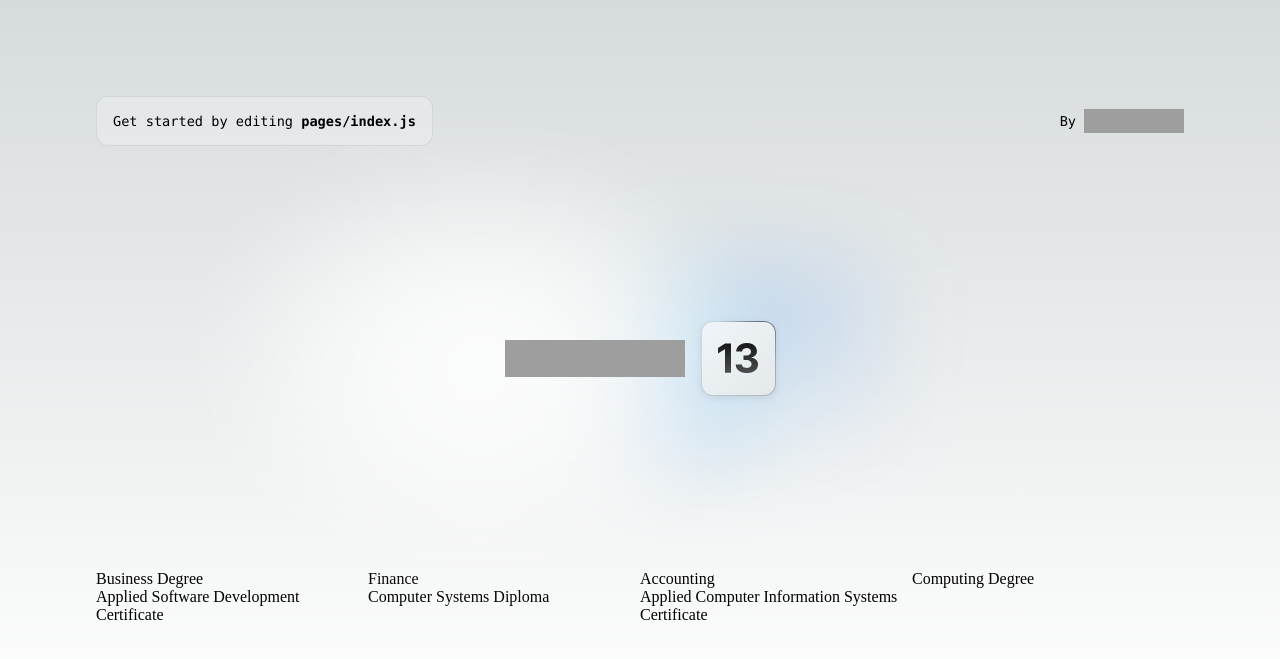
Repository: karthur1/class-example-3
Page: /
An editor plug-in stored every save of this project. The page is shown before and after the next save, followed by the edit.
The browser window is 1280 px wide. The pictures show the whole page.
Pictures or frames that could not be fetched are drawn as grey boxes. The project was rebuilt for these pictures with package versions that can differ from the ones it lists, and the page was loaded fresh each time. The framework's server and built-in components were replaced by stand-ins that run in the browser. Also part of the build but not shown: next.config.js.

Above is the page before, as saved 2023-01-16 10:48:00.

### pages/index.js
import Head from 'next/head'
import Image from 'next/image'
import { Inter } from '@next/font/google'
import styles from '@/styles/Home.module.css'
import data from '../data/education.json'
import {useState} from 'react'

const inter = Inter({ subsets: ['latin'] })

export default function Home() {

  console.log(data)
  const [information, setInformation] = useState([...data])


  return (
    <>
      <Head>
        <title>Create Next App</title>
        <meta name="description" content="Generated by create next app" />
        <meta name="viewport" content="width=device-width, initial-scale=1" />
        <link rel="icon" href="/favicon.ico" />
      </Head>
      <main className={styles.main}>
        <div className={styles.description}>
          <p>
            Get started by editing&nbsp;
            <code className={styles.code}>pages/index.js</code>
          </p>
          <div>
            <a
              href="https://vercel.com?utm_source=create-next-app&utm_medium=default-template&utm_campaign=create-next-app"
              target="_blank"
              rel="noopener noreferrer"
            >
              By{' '}
              <Image
                src="/vercel.svg"
                alt="Vercel Logo"
                className={styles.vercelLogo}
                width={100}
                height={24}
                priority
              />
            </a>
          </div>
        </div>

        <div className={styles.center}>
          <Image
            className={styles.logo}
            src="/next.svg"
            alt="Next.js Logo"
            width={180}
            height={37}
            priority
          />
          <div className={styles.thirteen}>
            <Image
              src="/thirteen.svg"
              alt="13"
              width={40}
              height={31}
              priority
            />
          </div>
        </div>

        <div className={styles.grid}>
          <div>Business Degree</div>
          {information && information.map((info, index) => {
            if(info.department === "Business") {

             return(
            <div key={index}>{info.degree}</div>
            )
          }
        })}
                  <div>Computing Degree</div>
          {information && information.map((info, index) => {
            if(info.department === "Computing") {

             return(
            <div key={index}>{info.degree}</div>
            )
          }
        })}
        </div>
      </main>
    </>
  )
}

### data/education.json
[
        {
            "studentNumber": "A0004567",
            "firstName": "Person 1",
            "gpa": 3.8,
            "department": "Business",
            "degree": "Finance",
            "graduted": 2014
        },
        {
            "studentNumber": "A0001234",
            "firstName": "Person 2",
            "gpa": 3.5,
            "department": "Business",
            "degree": "Accounting",
            "graduted": 2010
        },
        {
            "studentNumber": "A0007890",
            "firstName": "Person 3",
            "gpa": 3.2,
            "department": "Computing",
            "degree": "Applied Software Development Certificate",
            "graduted": 2018
        },
        {
            "studentNumber": "A0007828",
            "firstName": "Person 4",
            "gpa": 3.9,
            "department": "Computing",
            "degree": "Computer Systems Diploma",
            "graduted": 2021
        },
        {
            "studentNumber": "A0003425",
            "firstName": "Person 5",
            "gpa": 3.2,
            "department": "Computing",
            "degree": "Applied Computer Information Systems Certificate",
            "graduted": 2021
        }
]

Loaded but not shown: pages/_app.js (common file); pages/_document.js (common file); styles/globals.css (common file); styles/Home.module.css (common file)

After the next save:
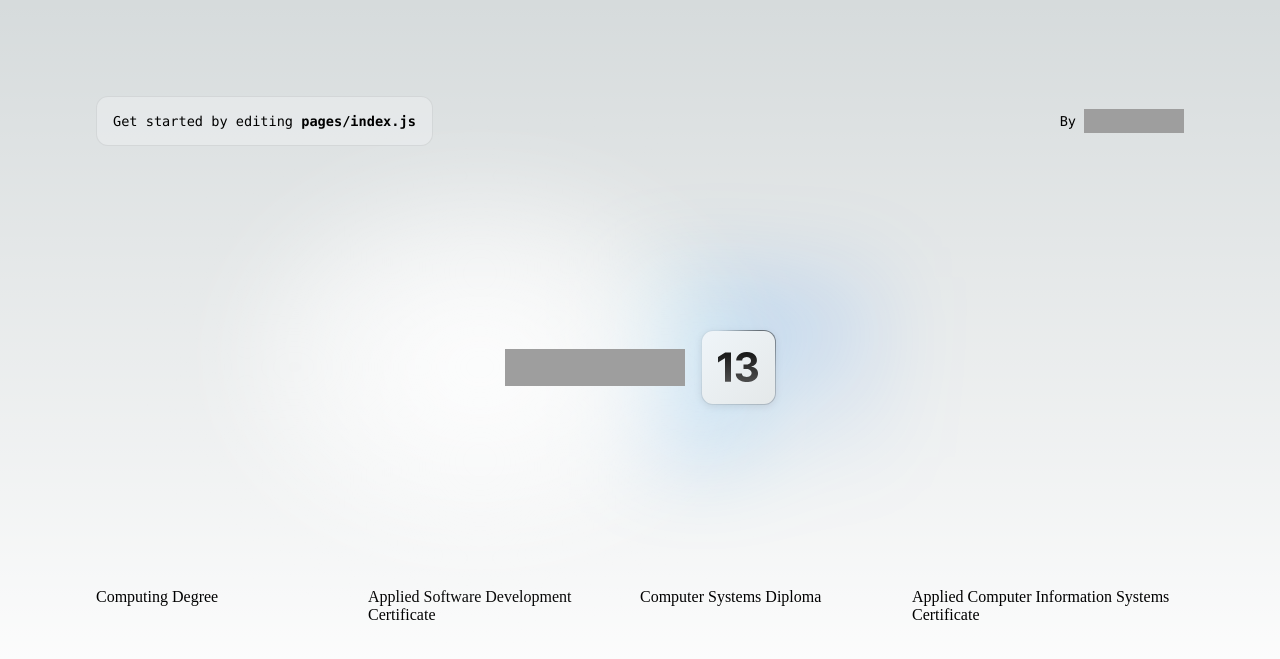
Saved 26 s later.
--- a/pages/index.js
+++ b/pages/index.js
@@ -67,15 +67,7 @@
         </div>
 
         <div className={styles.grid}>
-          <div>Business Degree</div>
-          {information && information.map((info, index) => {
-            if(info.department === "Business") {
 
-             return(
-            <div key={index}>{info.degree}</div>
-            )
-          }
-        })}
                   <div>Computing Degree</div>
           {information && information.map((info, index) => {
             if(info.department === "Computing") {

After the save that followed:
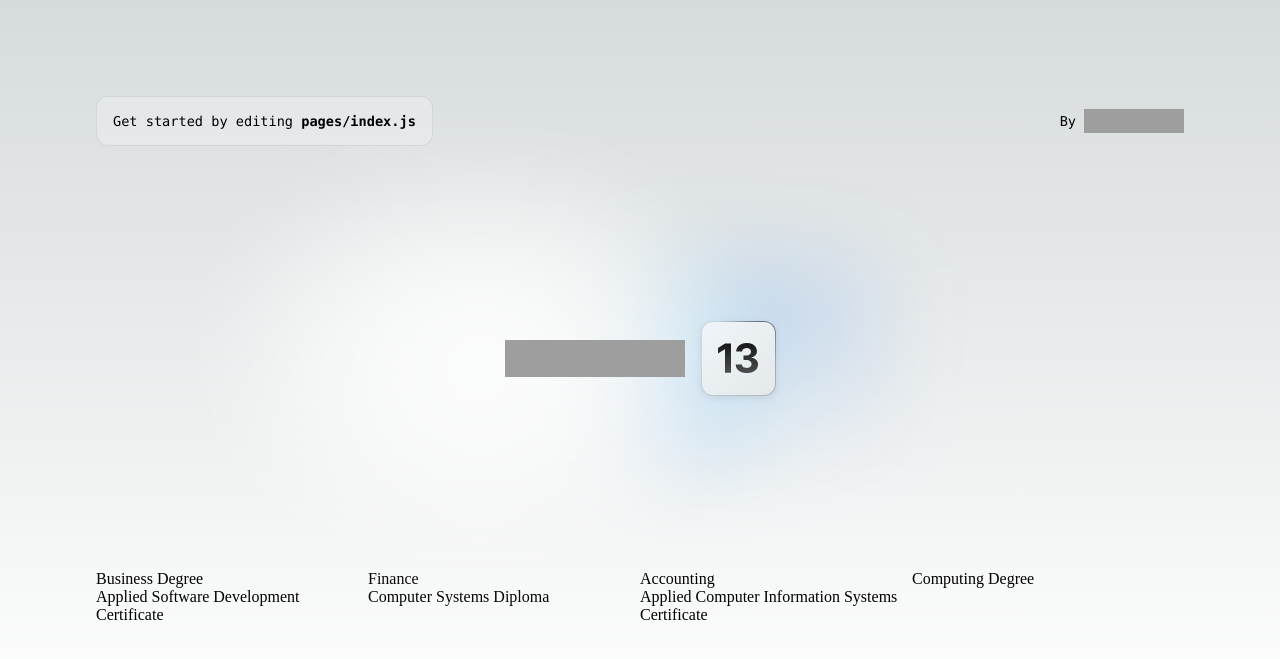
Saved 41 s later.
--- a/pages/index.js
+++ b/pages/index.js
@@ -67,7 +67,15 @@
         </div>
 
         <div className={styles.grid}>
+          <div>Business Degree</div>
+          {information && information.map((info, index) => {
+            if(info.department === "Business") {
 
+             return(
+            <div key={index}>{info.degree}</div>
+            )
+          }
+        })}
                   <div>Computing Degree</div>
           {information && information.map((info, index) => {
             if(info.department === "Computing") {
